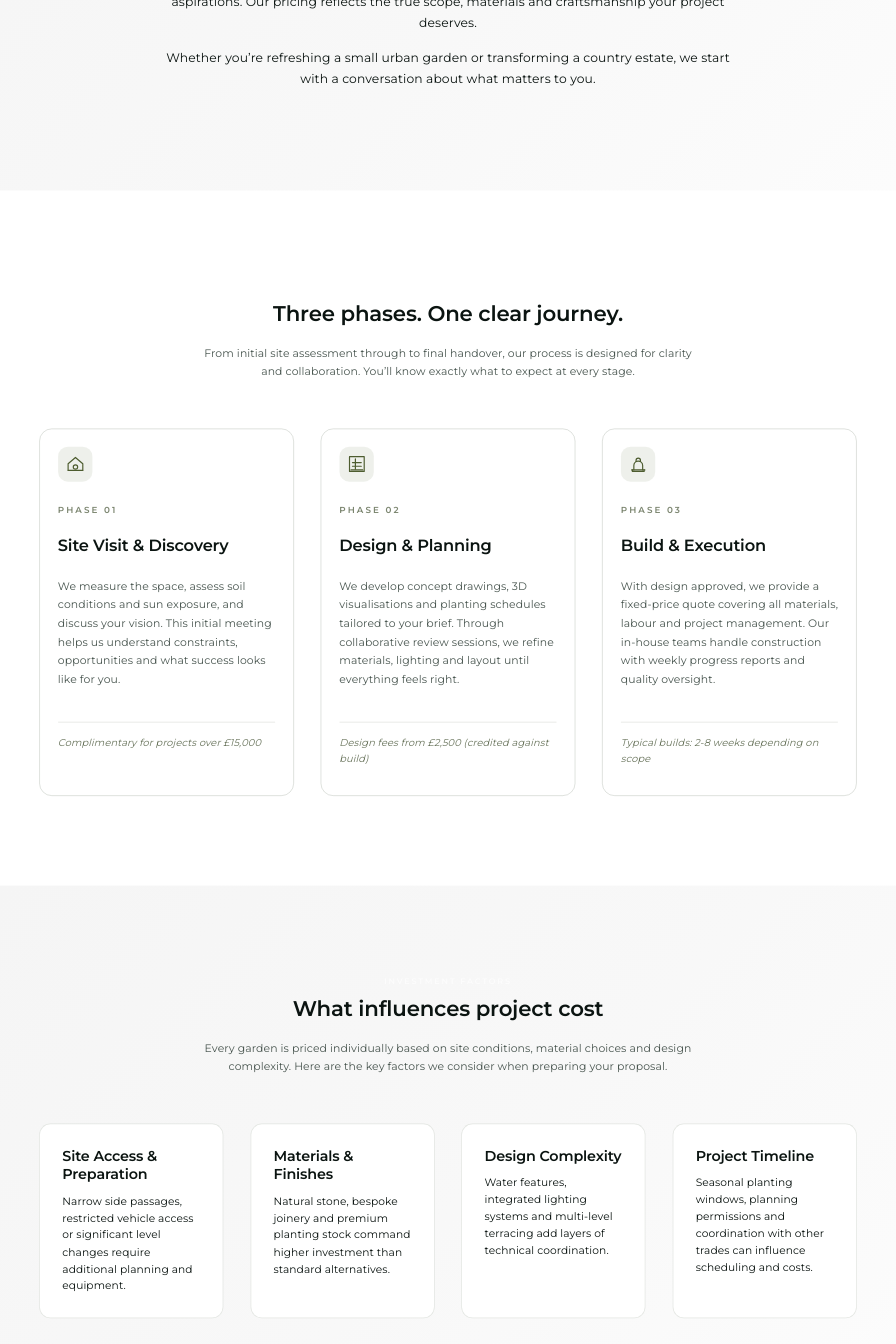
Repository: JoelMann1/MackenzieLandscapes
Page: pricing.html
An editor plug-in stored every save of this project. The page is shown before and after the next save, followed by the edit.
The browser window is 1280 px wide. The pictures show the part of the page from y = 753 to 2673 px (the page is 4094 px tall), at 70% of full size.

Above is the page before, as saved 2025-10-22 14:52:21.

### pricing.html
<!doctype html>
<html lang="en-GB">
<head>
  <meta charset="utf-8" />
  <meta name="viewport" content="width=device-width, initial-scale=1" />
  <title>Pricing &mdash; Mackenzie Landscapes</title>
  <meta name="description" content="Transparent, simple packages for design, build, and maintenance.">
  <meta name="theme-color" content="#1B8A64">
  <link rel="icon" href="assets/img/favicon.svg" type="image/svg+xml">
  <link rel="stylesheet" href="assets/css/styles.css">
  <meta property="og:title" content="Pricing &mdash; Mackenzie Landscapes">
  <meta property="og:description" content="Explore guide prices for design, build, maintenance, and commercial landscaping projects.">
  <meta property="og:type" content="website">
  <meta property="og:image" content="assets/img/IMG-5466-1024x768.jpg">
  <meta property="og:locale" content="en_GB">
</head>
<body>
<a class="skip-link" href="#content">Skip to content</a>
<header class="site-header" data-header>
  <div class="nav-inner">
    <a class="logo" href="index.html" aria-label="Mackenzie Landscapes home">
      <svg aria-hidden="true" viewBox="0 0 64 64"><use href="assets/img/favicon.svg#leaf"/></svg>
      <span class="visually-hidden">Mackenzie Landscapes</span>
    </a>
    <nav class="primary-nav" aria-label="Primary">
      <ul class="menu" role="menubar">
        <li class="menu-item"><a role="menuitem" href="index.html">Home</a></li>
        <li class="menu-item"><a role="menuitem" href="about.html">About</a></li>
        <li class="menu-item has-panel" data-menu="services">
          <button class="menu-trigger" type="button" aria-expanded="false" aria-controls="panel-services" role="menuitem">
            Services
          </button>
          <div id="panel-services" class="menu-panel" role="menu" hidden>
            <div class="panel-col" role="none">
              <span class="panel-heading">Design &amp; Planning</span>
              <a role="menuitem" href="concept-and-design.html">Concept &amp; Design</a>
              <a role="menuitem" href="softscaping.html">Softscaping</a>
            </div>
            <div class="panel-col" role="none">
              <span class="panel-heading">Build &amp; Care</span>
              <a role="menuitem" href="hardscaping.html">Hardscaping</a>
              <a role="menuitem" href="tree-care.html">Tree Care</a>
              <a role="menuitem" href="commercial.html">Commercial</a>
              <a role="menuitem" href="maintenance.html">Maintenance</a>
            </div>
          </div>
        </li>
        <li class="menu-item has-panel" data-menu="projects">
          <button class="menu-trigger" type="button" aria-expanded="false" aria-controls="panel-projects" role="menuitem">
            Projects
          </button>
          <div id="panel-projects" class="menu-panel" role="menu" hidden>
            <div class="panel-col" role="none">
              <span class="panel-heading">Featured</span>
              <a role="menuitem" href="gallery.html">Gallery Overview</a>
              <a role="menuitem" href="gallery.html#lighting">Lighting &amp; ambience</a>
            </div>
            <div class="panel-col" role="none">
              <span class="panel-heading">Details</span>
              <a role="menuitem" href="gallery.html#hardscape">Hardscape detailing</a>
              <a role="menuitem" href="gallery.html#planting">Planting inspiration</a>
            </div>
          </div>
        </li>
        <li class="menu-item"><a role="menuitem" href="pricing.html">Pricing</a></li>
      </ul>
    </nav>
    <div class="nav-cta">
      <a class="cta" href="contact.html">Contact Us</a>
      <a class="phone" href="tel:+442012345678">+44 20 1234 5678</a>
    </div>
    <button class="mobile-menu-toggle" type="button" aria-label="Toggle mobile menu" aria-expanded="false" aria-controls="mobile-menu">
      <span class="hamburger-line"></span>
      <span class="hamburger-line"></span>
      <span class="hamburger-line"></span>
    </button>
  </div>
</header>

<!-- Mobile Menu Overlay -->
<div class="mobile-menu" id="mobile-menu" aria-hidden="true">
  <div class="mobile-menu__inner">
    <nav class="mobile-nav" aria-label="Mobile navigation">
      <ul class="mobile-menu__list">
        <li class="mobile-menu__item">
          <a href="index.html" class="mobile-menu__link">Home</a>
        </li>
        <li class="mobile-menu__item">
          <a href="about.html" class="mobile-menu__link">About</a>
        </li>
        <li class="mobile-menu__item mobile-menu__item--has-submenu">
          <button class="mobile-menu__link mobile-submenu-toggle" type="button" aria-expanded="false">
            Services
            <svg class="submenu-arrow" width="12" height="12" viewBox="0 0 12 12" fill="none">
              <path d="M2 4L6 8L10 4" stroke="currentColor" stroke-width="2" stroke-linecap="round"/>
            </svg>
          </button>
          <ul class="mobile-submenu">
            <li><a href="concept-and-design.html">Concept &amp; Design</a></li>
            <li><a href="softscaping.html">Softscaping</a></li>
            <li><a href="hardscaping.html">Hardscaping</a></li>
            <li><a href="tree-care.html">Tree Care</a></li>
            <li><a href="commercial.html">Commercial</a></li>
            <li><a href="maintenance.html">Maintenance</a></li>
          </ul>
        </li>
        <li class="mobile-menu__item mobile-menu__item--has-submenu">
          <button class="mobile-menu__link mobile-submenu-toggle" type="button" aria-expanded="false">
            Projects
            <svg class="submenu-arrow" width="12" height="12" viewBox="0 0 12 12" fill="none">
              <path d="M2 4L6 8L10 4" stroke="currentColor" stroke-width="2" stroke-linecap="round"/>
            </svg>
          </button>
          <ul class="mobile-submenu">
            <li><a href="gallery.html">Gallery Overview</a></li>
            <li><a href="gallery.html#residential">Residential Gardens</a></li>
            <li><a href="gallery.html#lighting">Lighting Schemes</a></li>
            <li><a href="gallery.html#hardscape">Hardscape Detailing</a></li>
          </ul>
        </li>
        <li class="mobile-menu__item">
          <a href="pricing.html" class="mobile-menu__link">Pricing</a>
        </li>
      </ul>
      <div class="mobile-menu__cta">
        <a class="mobile-cta-btn" href="contact.html">Contact Us</a>
        <a class="mobile-phone" href="tel:+442012345678">+44 20 1234 5678</a>
      </div>
    </nav>
  </div>
</div>
<main id="content">

<section class="page-hero">
  <div class="container narrow">
    <p class="eyebrow eyebrow--sage">Investment guide</p>
    <h1>Pricing &amp; Consultation</h1>
    <p>Transparent, tailored proposals for gardens that reflect your vision. From compact courtyards to full estate redesigns, we price honestly and fix quotes once the scope is agreed.</p>
  </div>
</section><div id="header-sentinel" aria-hidden="true"></div>

<section class="section section--pricing-intro">
  <div class="container">
    <div class="pricing-intro" data-reveal>
      <p class="eyebrow eyebrow--sage">Our approach</p>
      <h2 class="section-title section-title--display">No packages. Just honest pricing.</h2>
      <p>We don&rsquo;t believe in one-size-fits-all. Every site has different constraints, opportunities and aspirations. Our pricing reflects the true scope, materials and craftsmanship your project deserves.</p>
      <p>Whether you&rsquo;re refreshing a small urban garden or transforming a country estate, we start with a conversation about what matters to you.</p>
    </div>
  </div>
</section>

<section class="section section--consultation-process">
  <div class="container consultation-process">
    <div class="consultation-process__intro" data-reveal>
      <p class="eyebrow eyebrow--sage">How it works</p>
      <h2 class="section-title">Three phases. One clear journey.</h2>
      <p>From initial site assessment through to final handover, our process is designed for clarity and collaboration. You&rsquo;ll know exactly what to expect at every stage.</p>
    </div>
    <div class="consultation-process__steps" data-reveal-stagger>
      <article class="values-item">
        <span class="values-item__icon" aria-hidden="true">
          <svg viewBox="0 0 32 32" fill="none" stroke="currentColor" stroke-width="1.6" stroke-linecap="round" stroke-linejoin="round">
            <path d="M6 24.5v-9L16 7l10 8.5v9" />
            <path d="M13 20c0-1.657 1.343-3 3-3s3 1.343 3 3-1.343 3-3 3-3-1.343-3-3Z" />
            <path d="M6 24.5h20" />
          </svg>
        </span>
        <span class="step-label">Phase 01</span>
        <h3>Site Visit &amp; Discovery</h3>
        <p>We measure the space, assess soil conditions and sun exposure, and discuss your vision. This initial meeting helps us understand constraints, opportunities and what success looks like for you.</p>
        <p class="step-note">Complimentary for projects over £15,000</p>
      </article>
      <article class="values-item">
        <span class="values-item__icon" aria-hidden="true">
          <svg viewBox="0 0 32 32" fill="none" stroke="currentColor" stroke-width="1.6" stroke-linecap="round" stroke-linejoin="round">
            <path d="M6 6h20v20H6z" />
            <path d="M10 14h12M10 19h12M14 9v14" />
            <path d="M8 24h16" />
          </svg>
        </span>
        <span class="step-label">Phase 02</span>
        <h3>Design &amp; Planning</h3>
        <p>We develop concept drawings, 3D visualisations and planting schedules tailored to your brief. Through collaborative review sessions, we refine materials, lighting and layout until everything feels right.</p>
        <p class="step-note">Design fees from £2,500 (credited against build)</p>
      </article>
      <article class="values-item">
        <span class="values-item__icon" aria-hidden="true">
          <svg viewBox="0 0 32 32" fill="none" stroke="currentColor" stroke-width="1.6" stroke-linecap="round" stroke-linejoin="round">
            <path d="M7 24h18" />
            <path d="M10 24v-6a6 6 0 0 1 12 0v6" />
            <path d="M13 12.5V11a3 3 0 1 1 6 0v1.5" />
            <path d="M8 24v2h16v-2" />
          </svg>
        </span>
        <span class="step-label">Phase 03</span>
        <h3>Build &amp; Execution</h3>
        <p>With design approved, we provide a fixed-price quote covering all materials, labour and project management. Our in-house teams handle construction with weekly progress reports and quality oversight.</p>
        <p class="step-note">Typical builds: 2-8 weeks depending on scope</p>
      </article>
    </div>
  </div>
</section>

<section class="section alt section--pricing-factors">
  <div class="container">
    <div class="pricing-factors" data-reveal>
      <div class="pricing-factors__intro">
        <p class="eyebrow eyebrow--sage">Investment factors</p>
        <h2 class="section-title">What influences project cost</h2>
        <p>Every garden is priced individually based on site conditions, material choices and design complexity. Here are the key factors we consider when preparing your proposal.</p>
      </div>
      <div class="pricing-factors__grid" data-reveal-stagger>
        <div class="factor-item">
          <h3>Site Access &amp; Preparation</h3>
          <p>Narrow side passages, restricted vehicle access or significant level changes require additional planning and equipment.</p>
        </div>
        <div class="factor-item">
          <h3>Materials &amp; Finishes</h3>
          <p>Natural stone, bespoke joinery and premium planting stock command higher investment than standard alternatives.</p>
        </div>
        <div class="factor-item">
          <h3>Design Complexity</h3>
          <p>Water features, integrated lighting systems and multi-level terracing add layers of technical coordination.</p>
        </div>
        <div class="factor-item">
          <h3>Project Timeline</h3>
          <p>Seasonal planting windows, planning permissions and coordination with other trades can influence scheduling and costs.</p>
        </div>
      </div>
    </div>
  </div>
</section>

<section class="section section--pricing-cta">
  <div class="container">
    <div class="enquiry" data-reveal-scale>
      <div class="enquiry__copy">
        <h2>Ready to discuss your project?</h2>
        <p>Share your site plans, inspiration images or simply tell us about your space. We&rsquo;ll arrange a consultation and provide a tailored proposal within five working days.</p>
      </div>
      <div class="enquiry__actions">
        <a class="btn btn--primary" href="contact.html">Book a consultation</a>
        <a class="btn btn--secondary" href="tel:+442012345678"><span data-alt="Call the studio">Call the studio</span></a>
      </div>
    </div>
  </div>
</section>

</main>
<footer class="site-footer">
  <div class="container">
    <div class="footer-hero">
      <h2 class="footer-hero__title">
        <span class="footer-hero__line" data-footer-line>Let's create</span>
        <span class="footer-hero__line footer-hero__line--large" data-footer-line>something</span>
        <span class="footer-hero__line footer-hero__line--accent" data-footer-line>extraordinary</span>
      </h2>
      <div class="footer-hero__cta" data-footer-fade>
        <a href="contact.html" class="footer-cta-btn">Start a project</a>
      </div>
    </div>

    <div class="footer-content">
      <div class="footer-main">
        <div class="footer-brand" data-footer-fade>
          <h3>Mackenzie<br>Landscapes</h3>
          <p>Modern landscaping &amp; garden design for Central &amp; South West London.</p>
        </div>

        <nav class="footer-nav" aria-label="Footer navigation" data-footer-fade>
          <div class="footer-nav__col">
            <h4>Explore</h4>
            <ul>
              <li><a href="about.html">About</a></li>
              <li><a href="gallery.html">Gallery</a></li>
              <li><a href="concept-and-design.html">Design</a></li>
              <li><a href="maintenance.html">Maintenance</a></li>
            </ul>
          </div>
          <div class="footer-nav__col">
            <h4>Connect</h4>
            <ul>
              <li><a href="contact.html">Contact</a></li>
              <li><a href="pricing.html">Pricing</a></li>
              <li><a href="tel:+442012345678">+44 20 1234 5678</a></li>
              <li><a href="mailto:hello@mackenzielandscapes.co.uk">Email us</a></li>
            </ul>
          </div>
        </nav>
      </div>

      <div class="footer-bottom" data-footer-fade>
        <p class="footer-legal">&copy; <span id="year"></span> Mackenzie Landscapes. All rights reserved.</p>
        <div class="footer-social">
          <a href="#" aria-label="Instagram">
            <svg viewBox="0 0 24 24" fill="currentColor"><path d="M12 2.163c3.204 0 3.584.012 4.85.07 3.252.148 4.771 1.691 4.919 4.919.058 1.265.069 1.645.069 4.849 0 3.205-.012 3.584-.069 4.849-.149 3.225-1.664 4.771-4.919 4.919-1.266.058-1.644.07-4.85.07-3.204 0-3.584-.012-4.849-.07-3.26-.149-4.771-1.699-4.919-4.92-.058-1.265-.07-1.644-.07-4.849 0-3.204.013-3.583.07-4.849.149-3.227 1.664-4.771 4.919-4.919 1.266-.057 1.645-.069 4.849-.069zm0-2.163c-3.259 0-3.667.014-4.947.072-4.358.2-6.78 2.618-6.98 6.98-.059 1.281-.073 1.689-.073 4.948 0 3.259.014 3.668.072 4.948.2 4.358 2.618 6.78 6.98 6.98 1.281.058 1.689.072 4.948.072 3.259 0 3.668-.014 4.948-.072 4.354-.2 6.782-2.618 6.979-6.98.059-1.28.073-1.689.073-4.948 0-3.259-.014-3.667-.072-4.947-.196-4.354-2.617-6.78-6.979-6.98-1.281-.059-1.69-.073-4.949-.073zm0 5.838c-3.403 0-6.162 2.759-6.162 6.162s2.759 6.163 6.162 6.163 6.162-2.759 6.162-6.163c0-3.403-2.759-6.162-6.162-6.162zm0 10.162c-2.209 0-4-1.79-4-4 0-2.209 1.791-4 4-4s4 1.791 4 4c0 2.21-1.791 4-4 4zm6.406-11.845c-.796 0-1.441.645-1.441 1.44s.645 1.44 1.441 1.44c.795 0 1.439-.645 1.439-1.44s-.644-1.44-1.439-1.44z"/></svg>
          </a>
        </div>
      </div>
    </div>
  </div>
</footer>
<script src="assets/js/main.js"></script>
</body>
</html>

Loaded but not shown: assets/js/main.js (486 lines, source omitted); assets/css/styles.css (2861 lines, source omitted)

After the next save:
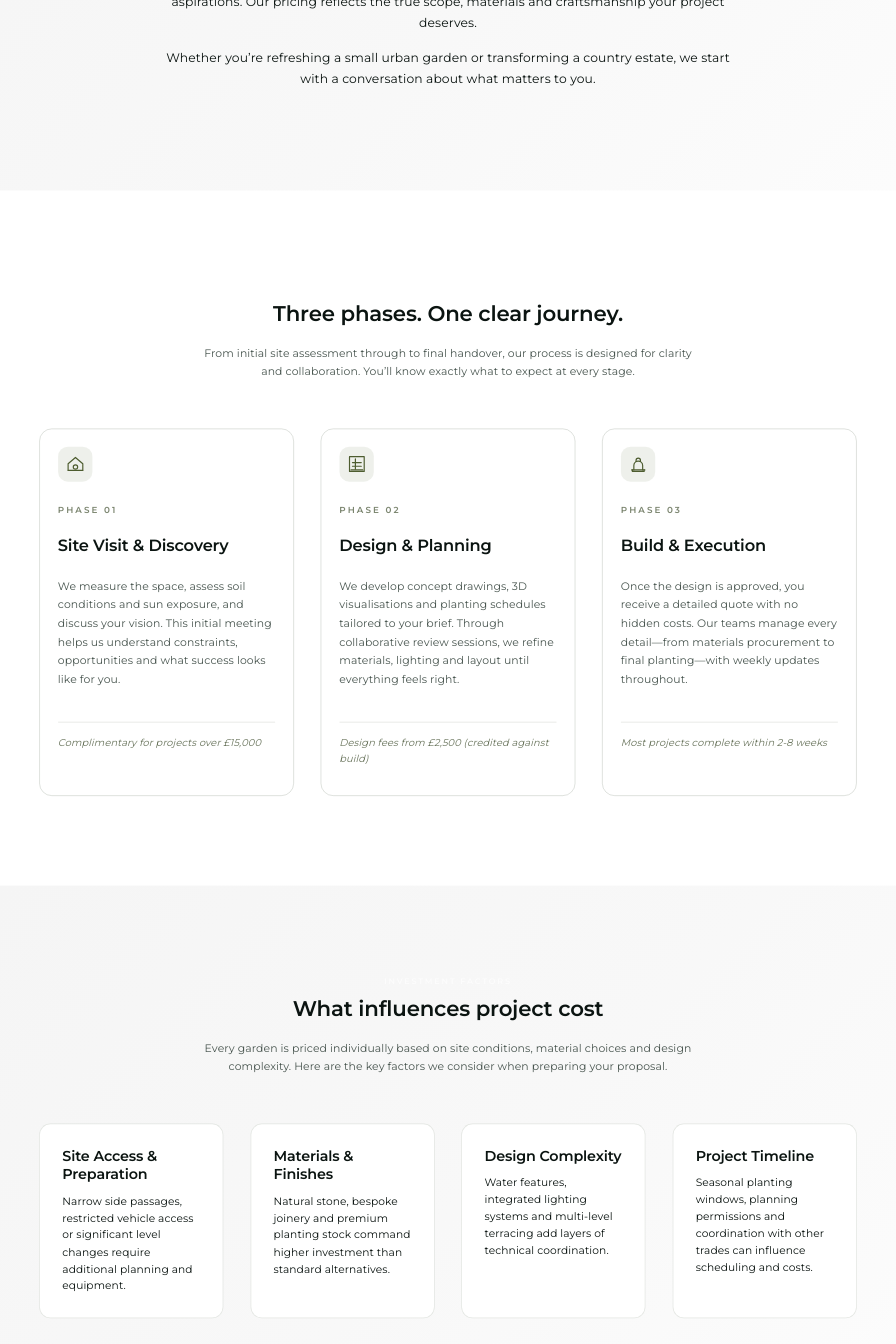
Saved 18 s later.
--- a/pricing.html
+++ b/pricing.html
@@ -195,8 +195,8 @@
         </span>
         <span class="step-label">Phase 03</span>
         <h3>Build &amp; Execution</h3>
-        <p>With design approved, we provide a fixed-price quote covering all materials, labour and project management. Our in-house teams handle construction with weekly progress reports and quality oversight.</p>
-        <p class="step-note">Typical builds: 2-8 weeks depending on scope</p>
+        <p>Once the design is approved, you receive a detailed quote with no hidden costs. Our teams manage every detail&mdash;from materials procurement to final planting&mdash;with weekly updates throughout.</p>
+        <p class="step-note">Most projects complete within 2-8 weeks</p>
       </article>
     </div>
   </div>
